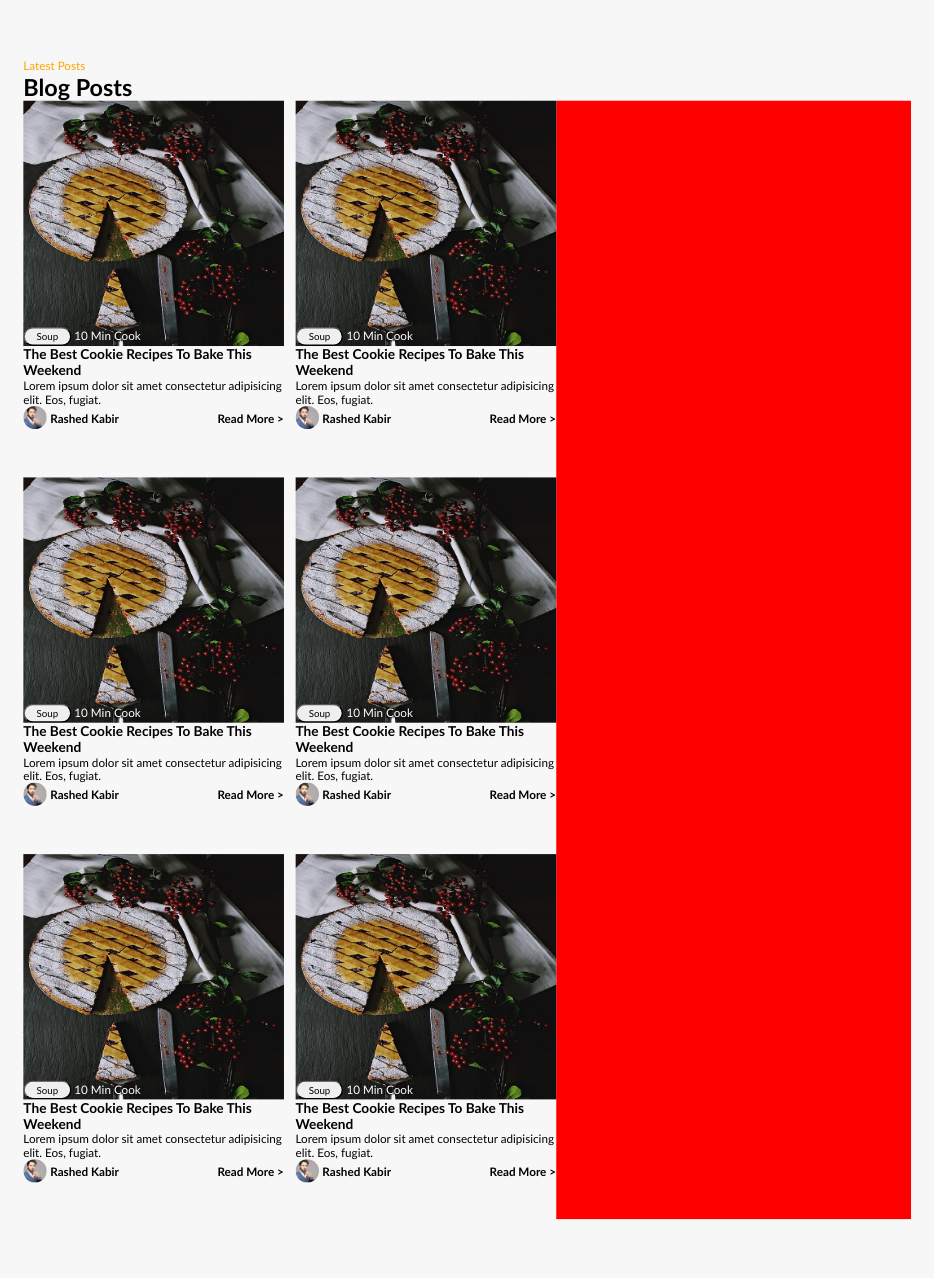
Repository: ngoctinvo/diner_project_cybersoft
Page: html/blog.html
An editor plug-in stored every save of this project. The page is shown before and after the next save, followed by the edit.
The browser window is 1280 px wide. The pictures show the whole page, at 73% of full size.
The style sheet was rebuilt from its Sass, Less or Tailwind sources for each picture, by a compiler version that may differ from the author's.

Above is the page before, as saved 2022-04-19 10:20:12.

### html/blog.html
<!DOCTYPE html>
<html lang="en">

<head>
    <meta charset="UTF-8">
    <meta http-equiv="X-UA-Compatible" content="IE=edge">
    <meta name="viewport" content="width=device-width, initial-scale=1.0">
    <title>Document</title>
    <link rel="stylesheet" href="../css/blog.css">
</head>

<body>
    <header></header>
    <section class="blog">
        <div class="container">
            <div class="title">
                <p>Latest Posts</p>
                <h1>Blog Posts</h1>
            </div>
            <div class="row">
                <div class="left-posts">
                    <div class="list">
                        <div class="item">
                            <div class="img">
                                <img src="../img/blog/g4.jpg" alt="">
                                <div class="info-img">
                                    <button>Soup</button>
                                    <span><i class="fa fa-clock"></i> 10 Min Cook</span>
                                </div>

                            </div>
                            <div class="content">
                                <h3>The Best Cookie Recipes To Bake This Weekend</h3>
                                <p>Lorem ipsum dolor sit amet consectetur adipisicing elit. Eos, fugiat.</p>
                            </div>
                            <div class="author">
                                <div class="author-info">
                                    <a href="#">
                                        <img src="../img/blog/team1.jpg" alt="">
                                        <span>Rashed Kabir</span>
                                    </a>
                                </div>

                                <a href="#">Read More ></a>
                            </div>
                        </div>
                        <div class="item">
                            <div class="img">
                                <img src="../img/blog/g4.jpg" alt="">
                                <div class="info-img">
                                    <button>Soup</button>
                                    <span><i class="fa fa-clock"></i> 10 Min Cook</span>
                                </div>

                            </div>
                            <div class="content">
                                <h3>The Best Cookie Recipes To Bake This Weekend</h3>
                                <p>Lorem ipsum dolor sit amet consectetur adipisicing elit. Eos, fugiat.</p>
                            </div>
                            <div class="author">
                                <div class="author-info">
                                    <a href="#">
                                        <img src="../img/blog/team1.jpg" alt="">
                                        <span>Rashed Kabir</span>
                                    </a>
                                </div>

                                <a href="#">Read More ></a>
                            </div>
                        </div>
                        <div class="item">
                            <div class="img">
                                <img src="../img/blog/g4.jpg" alt="">
                                <div class="info-img">
                                    <button>Soup</button>
                                    <span><i class="fa fa-clock"></i> 10 Min Cook</span>
                                </div>

                            </div>
                            <div class="content">
                                <h3>The Best Cookie Recipes To Bake This Weekend</h3>
                                <p>Lorem ipsum dolor sit amet consectetur adipisicing elit. Eos, fugiat.</p>
                            </div>
                            <div class="author">
                                <div class="author-info">
                                    <a href="#">
                                        <img src="../img/blog/team1.jpg" alt="">
                                        <span>Rashed Kabir</span>
                                    </a>
                                </div>

                                <a href="#">Read More ></a>
                            </div>
                        </div>
                        <div class="item">
                            <div class="img">
                                <img src="../img/blog/g4.jpg" alt="">
                                <div class="info-img">
                                    <button>Soup</button>
                                    <span><i class="fa fa-clock"></i> 10 Min Cook</span>
                                </div>

                            </div>
                            <div class="content">
                                <h3>The Best Cookie Recipes To Bake This Weekend</h3>
                                <p>Lorem ipsum dolor sit amet consectetur adipisicing elit. Eos, fugiat.</p>
                            </div>
                            <div class="author">
                                <div class="author-info">
                                    <a href="#">
                                        <img src="../img/blog/team1.jpg" alt="">
                                        <span>Rashed Kabir</span>
                                    </a>
                                </div>

                                <a href="#">Read More ></a>
                            </div>
                        </div>
                        <div class="item">
                            <div class="img">
                                <img src="../img/blog/g4.jpg" alt="">
                                <div class="info-img">
                                    <button>Soup</button>
                                    <span><i class="fa fa-clock"></i> 10 Min Cook</span>
                                </div>

                            </div>
                            <div class="content">
                                <h3>The Best Cookie Recipes To Bake This Weekend</h3>
                                <p>Lorem ipsum dolor sit amet consectetur adipisicing elit. Eos, fugiat.</p>
                            </div>
                            <div class="author">
                                <div class="author-info">
                                    <a href="#">
                                        <img src="../img/blog/team1.jpg" alt="">
                                        <span>Rashed Kabir</span>
                                    </a>
                                </div>

                                <a href="#">Read More ></a>
                            </div>
                        </div>
                        <div class="item">
                            <div class="img">
                                <img src="../img/blog/g4.jpg" alt="">
                                <div class="info-img">
                                    <button>Soup</button>
                                    <span><i class="fa fa-clock"></i> 10 Min Cook</span>
                                </div>

                            </div>
                            <div class="content">
                                <h3>The Best Cookie Recipes To Bake This Weekend</h3>
                                <p>Lorem ipsum dolor sit amet consectetur adipisicing elit. Eos, fugiat.</p>
                            </div>
                            <div class="author">
                                <div class="author-info">
                                    <a href="#">
                                        <img src="../img/blog/team1.jpg" alt="">
                                        <span>Rashed Kabir</span>
                                    </a>
                                </div>

                                <a href="#">Read More ></a>
                            </div>
                        </div>
                    </div>
                    <div class="control-btn"></div>
                </div>
                <div class="right-posts">
                    <!-- <div class="right-container">
                        <div class="item latest-recipes">
                            <h2>Lastest recipes</h2>
                            <div class="list">
                                <div class="item">
                                    <img src="../img/blog/banner1.jpg">
                                    <span>How to make capuccino</span>
                                </div>
                                <div class="item">
                                    <img src="../img/blog/banner1.jpg">
                                    <span>How to make capuccino</span>
                                </div>
                                <div class="item">
                                    <img src="../img/blog/banner1.jpg">
                                    <span>How to make capuccino</span>
                                </div>
                                <div class="item">
                                    <img src="../img/blog/banner1.jpg">
                                    <span>How to make capuccino</span>
                                </div>
                            </div>
                        </div>
                        <div class="item trending-posts">
                            <h3>Trending posts</h3>
                            <div class="list">
                                <div class="item">
                                    <img src="../img/blog/g3.jpg" alt="">
                                    <div class="info">
                                        <p>12 Curry Recipes You’ll Ever Need</p>
                                        <span>Feb 4, 2021</span>
                                    </div>
                                </div>
                            </div>
                        </div>
                        <div class="item categories">
                            <h3>Categories</h3>
                            <ul>
                                <li>
                                    <a href="#">Desserts</a>
                                </li>
                                <li>
                                    <a href="#">Cakes and Biscuits</a>
                                </li>
                                <li>
                                    <a href="#">Food recipes</a>
                                </li>

                            </ul>
                        </div>
                        <div class="item advertisement">
                            <h3>Advertisement</h3>
                            <img src="../img/blog/g1.jpg" alt="">
                        </div>
                    </div> -->



                </div>
            </div>
        </div>
        </div>
    </section>
    <footer></footer>
</body>

</html>

### sass/blog.scss
* {
    margin: 0;
    padding: 0;
    box-sizing: border-box;
    font-family: 'Gill Sans', 'Gill Sans MT', Calibri, 'Trebuchet MS', sans-serif;
}

.blog {
    color: black;
    .container {
        width: 100%;
        background-color: #f7f7f7;
        padding: 5rem 2rem;
        .title {
            p {
                color: orange;
                font-size: 1rem;
            }
            h1 {
                font-size: 2rem;
            }
        }
        .row {
            display: flex;
            flex-direction: row;
            .left-posts {
                width: 60%;
                .list {
                    display: grid;
                    grid-template-columns: 1fr 1fr;
                    grid-template-rows: repeat(3, 500px);
                    gap: 1rem;
                    .item {
                        margin-bottom: 5rem;
                        .img {
                            position: relative;
                            height: 80%;
                            width: 100%;
                            img {
                                width: 100%;
                                height: 100%;
                            }
                            .info-img {
                                position: absolute;
                                width: 100%;
                                bottom: 0;
                                left: 0;
                                color: white;
                                button {
                                    padding: 0.2rem 1rem;
                                    border-radius: 1rem;
                                }
                            }
                        }
                        .author {
                            display: flex;
                            flex-direction: row;
                            justify-content: space-between;
                            align-items: center;
                            a {
                                display: flex;
                                flex-direction: row;
                                align-items: center;
                            }
                            .author-info {
                                margin-right: 1rem;
                                img {
                                    width: 2rem;
                                    border-radius: 50%;
                                    margin-right: 0.3rem;
                                }
                            }
                            a {
                                text-decoration: none;
                                color: black;
                                font-size: 1rem;
                                font-weight: 600;
                            }
                        }
                    }
                }
            }
            .right-posts {
                width: 40%;
                background-color: red;
            }
        }
    }
}

After the next save:
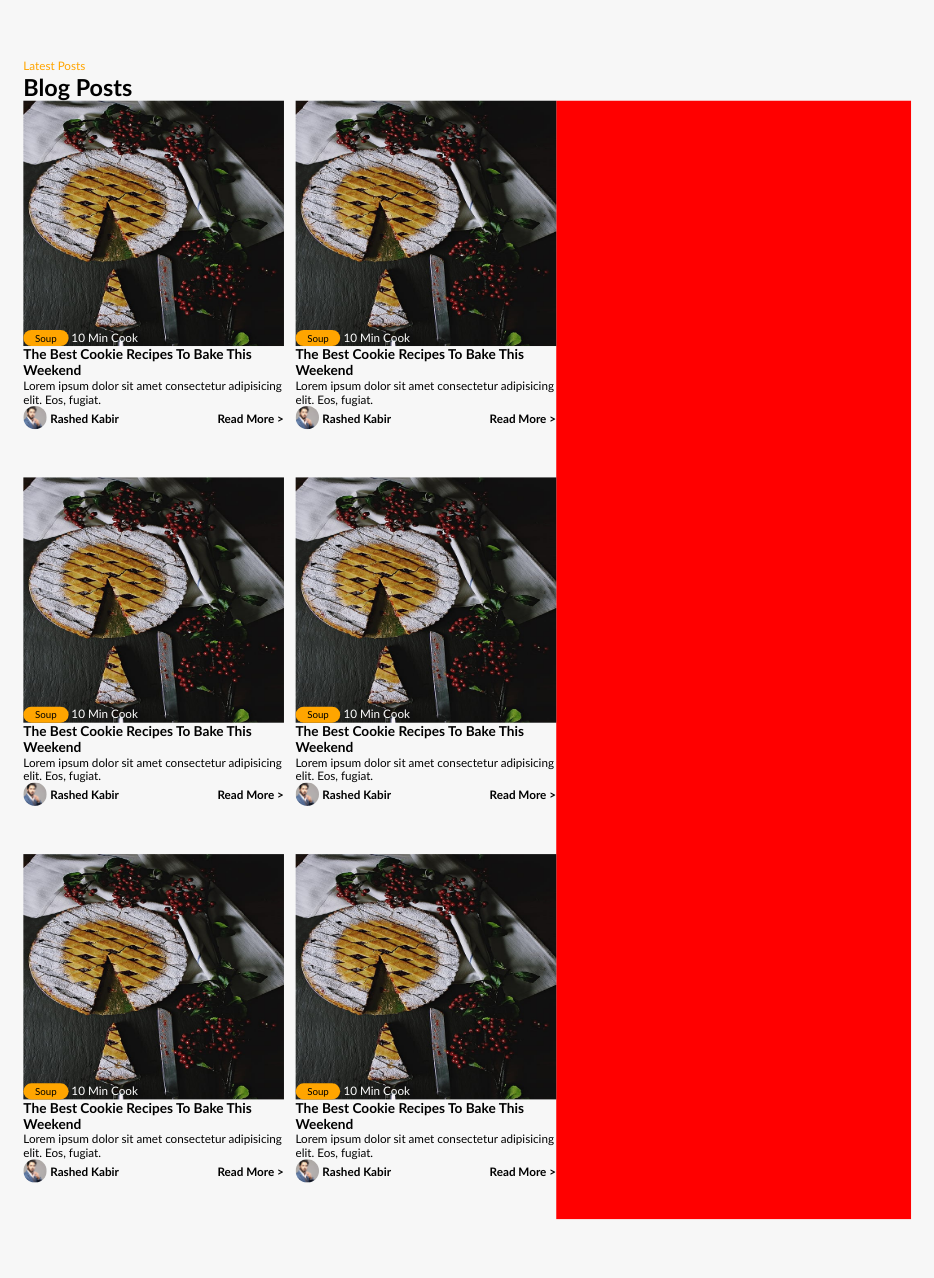
Saved 11 s later.
--- a/sass/blog.scss
+++ b/sass/blog.scss
@@ -49,6 +49,8 @@
                                 button {
                                     padding: 0.2rem 1rem;
                                     border-radius: 1rem;
+                                    border: none;
+                                    background-color: orange;
                                 }
                             }
                         }
